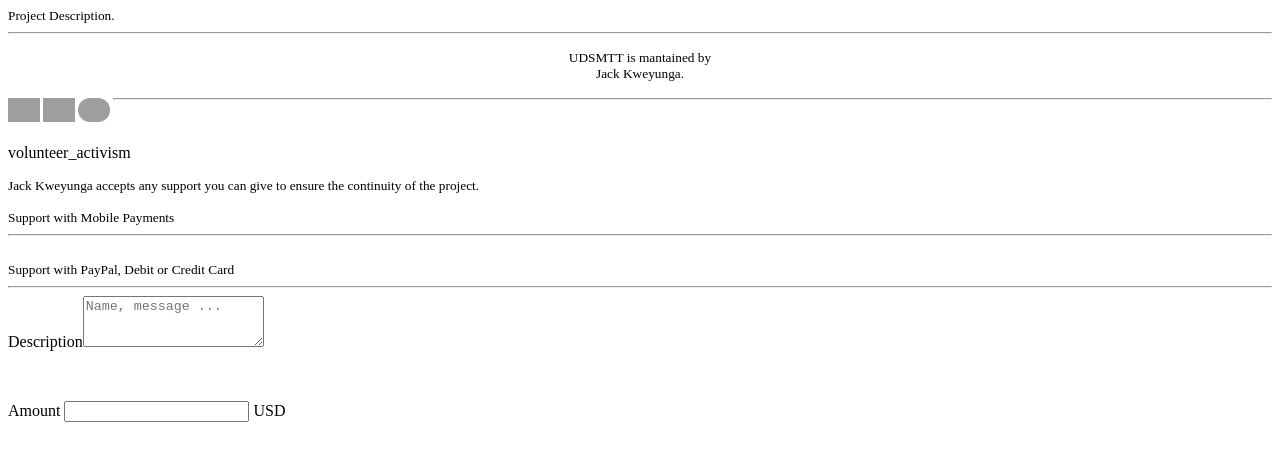
Repository: jackkweyunga/jek-mobile-timetable-v2
Page: src/modules/html/tmb-leftSN.html
These files come from the project's save history. The page is drawn as it stood at one moment and after the next save; the edit follows.
The browser window is 1280 px wide. The pictures show the whole page.
Pictures or frames that could not be fetched are drawn as grey boxes.

Above is the page before, as saved 2021-11-23 04:32:20.

### src/modules/html/tmb-leftSN.html
<div class="d-flex flex-column p-2">

  <small>Project Description.</small>
  <hr>

  <p class="myFont">
    <center><small>UDSMTT is mantained by <br> Jack Kweyunga.</small></center>
  </p>
  <div class="d-flex justify-content-center">
    <a href="https://tz.linkedin.com/in/jack-k-b7354017a?trk=profile-badge/">
      <img align="left" alt="jack's LinkedIN" width="32px"
        src="https://raw.githubusercontent.com/peterthehan/peterthehan/master/assets/linkedin.svg" />
    </a>

    <a class="px-5" href="https://twitter.com/jackkweyunga">
      <img align="left" alt="jack's twitter" width="32px"
        src="https://raw.githubusercontent.com/peterthehan/peterthehan/master/assets/twitter.svg" />
    </a>

    <a href="https://github.com/jackkweyunga">
      <img align="left" alt="jack's github" width="32px" class="bg-white p-0" style="border-radius: 100px;"
        src="https://raw.githubusercontent.com/peterthehan/peterthehan/master/assets/github.svg" />
    </a>
  </div>
  <hr>

  <br>
  <br>

  <span class="material-icons">
    volunteer_activism
  </span>
  <p class="myFont">
    <small>
      Jack Kweyunga accepts any support you can give to
      ensure the continuity of the project.
    </small>

  </p>
</div>

<small class="myFont">Support with Mobile Payments</small>
<hr>


<br>

<small class="myFont">Support with PayPal, Debit or Credit Card</small>
<hr>

<div id="smart-button-container">
  <div class="d-flex flex-column"><label for="description" class="input-group-text">Description</label><textarea
      type="text" name="descriptionInput" id="description" maxlength="127" class="form-control" value="" rows="3"
      placeholder="Name, message ..."></textarea></div>
  <p id="descriptionError" style="visibility: hidden; color:red; text-align: center;">Please enter a description</p>
  <div class="input-group"><label for="amount" class="input-group-text">Amount </label><input name="amountInput"
      type="number" class="form-control" id="amount" value=""><span class="input-group-text"> USD</span></div>
  <p id="priceLabelError" style="visibility: hidden; color:red; text-align: center;">Please enter a price</p>
  <div id="invoiceidDiv" style="text-align: center; display: none;"><label for="invoiceid"> </label><input
      name="invoiceid" class="form-control" maxlength="127" type="text" id="invoiceid" value=""></div>
  <p id="invoiceidError" style="visibility: hidden; color:red; text-align: center;">Please enter an Invoice ID</p>
  <div style="text-align: center; margin-top: 0.625rem;" id="paypal-button-container"></div>
</div>

After the next save:
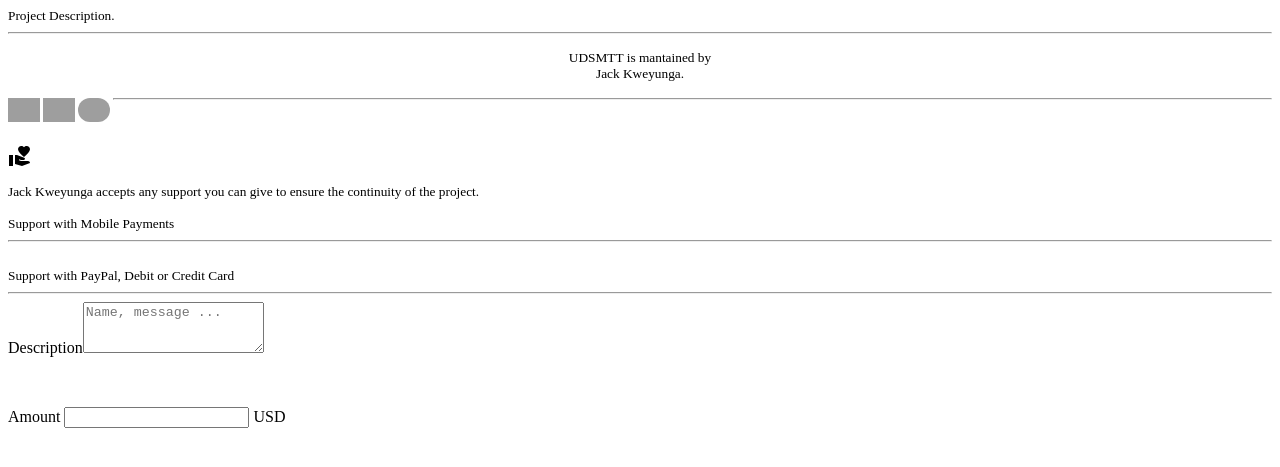
Saved 26 s later.
--- a/src/modules/html/tmb-leftSN.html
+++ b/src/modules/html/tmb-leftSN.html
@@ -27,9 +27,7 @@
   <br>
   <br>
 
-  <span class="material-icons">
-    volunteer_activism
-  </span>
+  <svg xmlns="http://www.w3.org/2000/svg" enable-background="new 0 0 24 24" height="24px" viewBox="0 0 24 24" width="24px" fill="#000000"><g><rect fill="none" height="24" width="24"/></g><g><g><rect height="11" width="4" x="1" y="11"/><path d="M16,3.25C16.65,2.49,17.66,2,18.7,2C20.55,2,22,3.45,22,5.3c0,2.27-2.91,4.9-6,7.7c-3.09-2.81-6-5.44-6-7.7 C10,3.45,11.45,2,13.3,2C14.34,2,15.35,2.49,16,3.25z"/><path d="M20,17h-7l-2.09-0.73l0.33-0.94L13,16h2.82c0.65,0,1.18-0.53,1.18-1.18v0c0-0.49-0.31-0.93-0.77-1.11L8.97,11H7v9.02 L14,22l8.01-3v0C22,17.9,21.11,17,20,17z"/></g></g></svg>
   <p class="myFont">
     <small>
       Jack Kweyunga accepts any support you can give to
